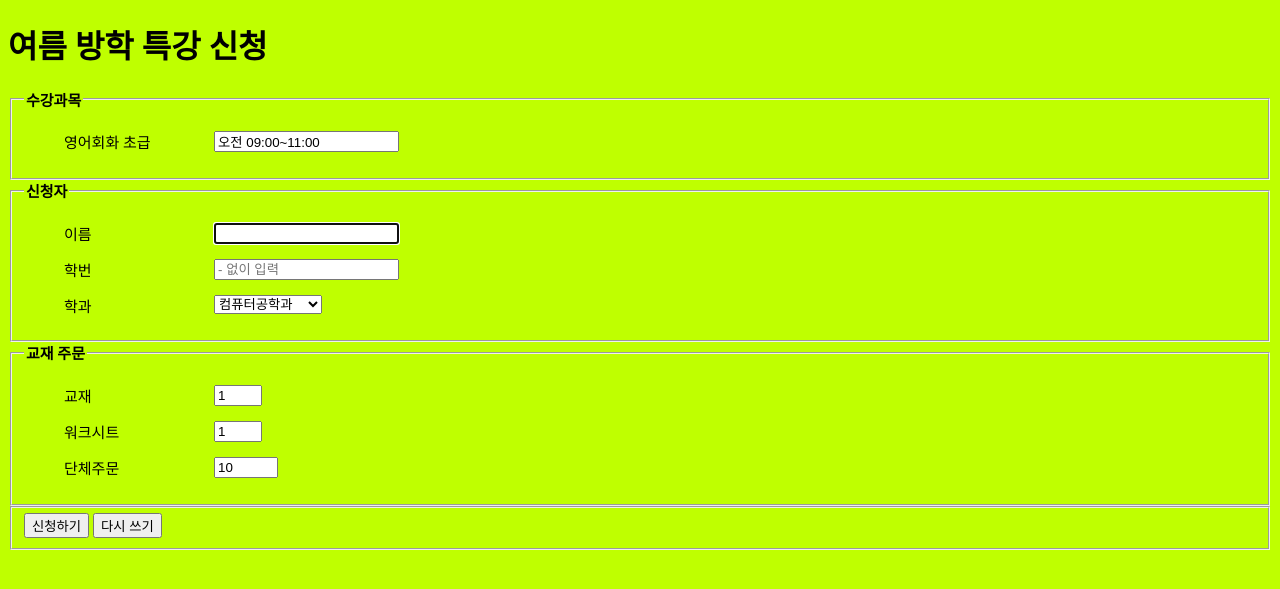
Repository: ygs3004/StudyHTML_CSS
Page: web project 01/src/main/webapp/chapter05/exam05_13.html
These files come from the project's save history. The page is drawn as it stood at one moment and after the next save; the edit follows.
The browser window is 1280 px wide. The pictures show the whole page.

Above is the page before, as saved 2022-08-05 07:35:25.

After the next save:
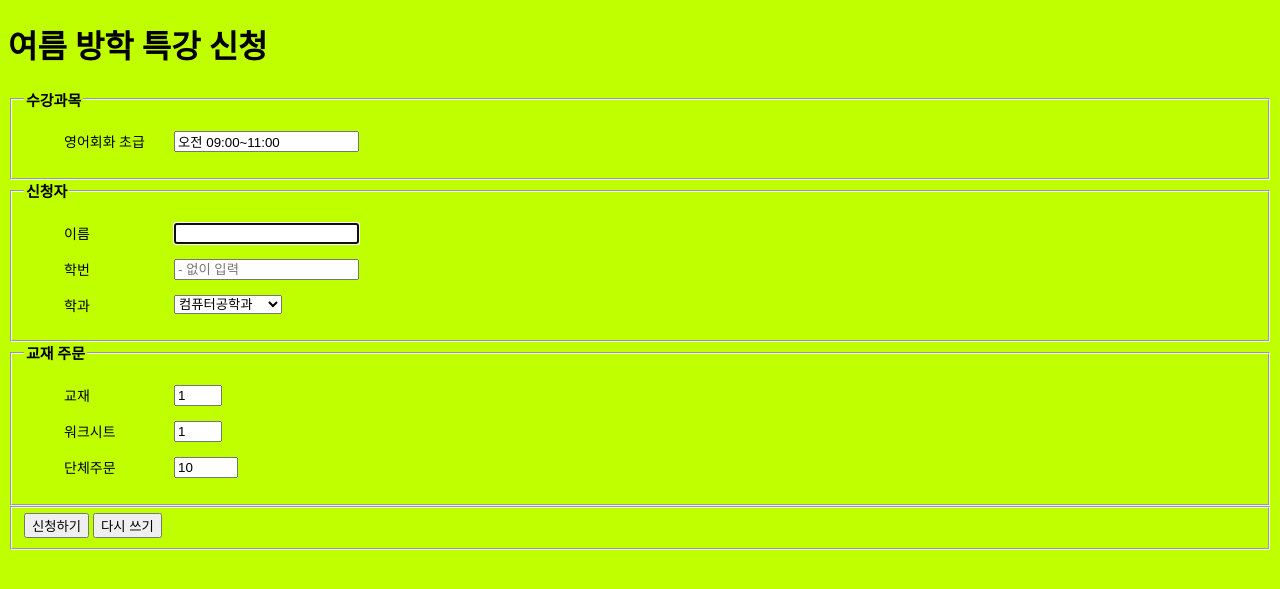
Saved 2 min 24 s later.
--- a/web project 01/src/main/webapp/chapter05/exam05_13.html
+++ b/web project 01/src/main/webapp/chapter05/exam05_13.html
@@ -18,8 +18,8 @@
 	}
 
 	form label.reg{						/* class 적용, 접근 .class */
-		font-size:15px;
-		width:150px;
+		font-size:14px;
+		width:110px;
 		float:left;
 	}
 
